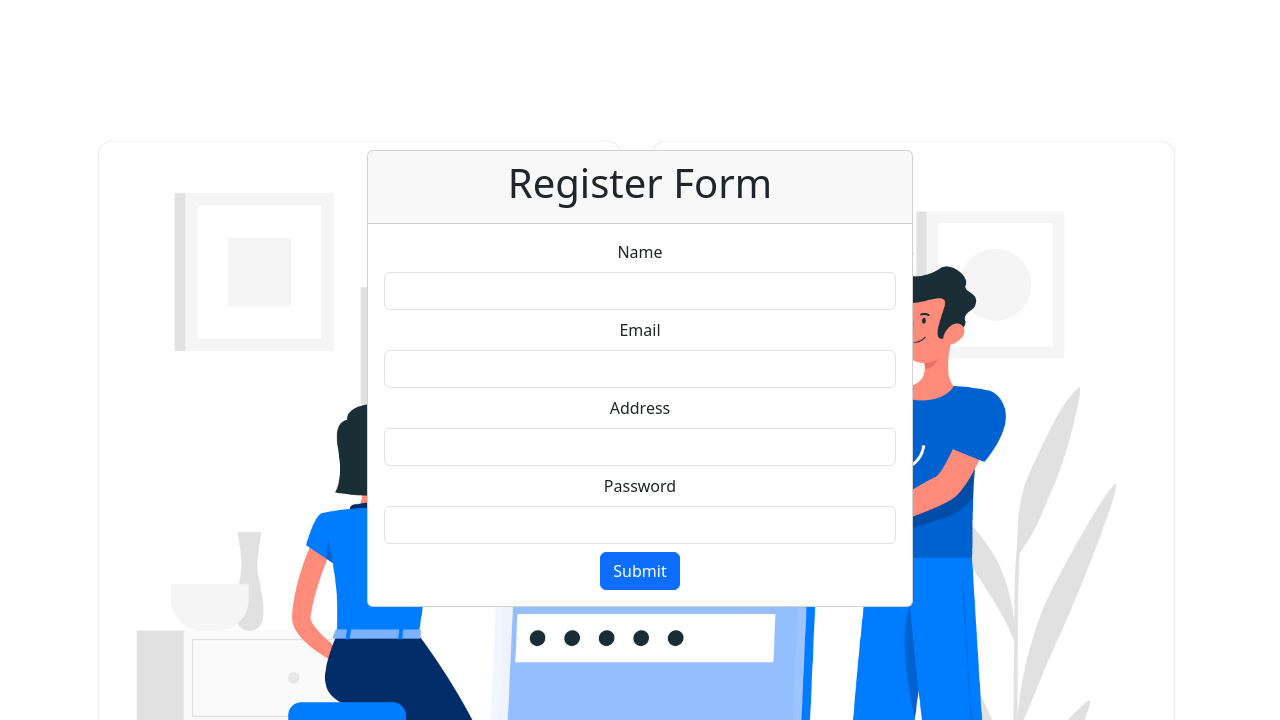
Repository: Laxman-Nath/java-internship
Page: http://localhost/Demo/Register.jsp
These files come from the project's save history. The page is drawn as it stood at one moment and after the next save; the edit follows.
The browser window is 1280 px wide. The pictures show the whole page.
The page is served by Tomcat 9. Other server files are loaded and not shown.

Above is the page before, as saved 2024-09-01 10:33:55.

### Servlet_JSP/Demo/src/main/webapp/Register.jsp
<%@ page language="java" contentType="text/html; charset=UTF-8"
	pageEncoding="UTF-8"%>
<!DOCTYPE html>
<html>
<head>
<meta charset="UTF-8">
<title>Register Form</title>
<style>


</style>
<link
	href="https://cdn.jsdelivr.net/npm/bootstrap@5.3.3/dist/css/bootstrap.min.css"
	rel="stylesheet"
	integrity="sha384-QWTKZyjpPEjISv5WaRU9OFeRpok6YctnYmDr5pNlyT2bRjXh0JMhjY6hW+ALEwIH"
	crossorigin="anonymous">
</head>
<body style="background-image:url('img/login.jpg');background-size:cover;">
	<div class="container" style="margin-top: 150px;">
		<div class="row">
			<div class="col-md-6 offset-md-3">
				<div class="card">
					<div class="card-header">
						<h1 class="text-center">Register Form</h1>
					</div>
					<div class="card-body" class="">
						<form action="" method="" class="text-center">
						<div class="mb-2">
								<label class="form-label">Name</label> <input type="text"
									required class="form-control">
							</div>
							<div class="mb-2">
								<label class="form-label">Email</label> <input type="email"
									required class="form-control">
							</div>
							<div class="mb-2">
								<label class="form-label">Address</label> <input type="text"
									required class="form-control">
							</div>
							<div class="mb-2">
								<label class="form-label">Password</label> <input
									type="password" required class="form-control">
							</div>
							<input type="submit" class="btn btn-primary" value="Submit">
						</form>
					</div>
				</div>
			</div>
		</div>
	</div>

</body>
<script
	src="https://cdn.jsdelivr.net/npm/bootstrap@5.3.3/dist/js/bootstrap.bundle.min.js"
	integrity="sha384-YvpcrYf0tY3lHB60NNkmXc5s9fDVZLESaAA55NDzOxhy9GkcIdslK1eN7N6jIeHz"
</html>

After the next save:
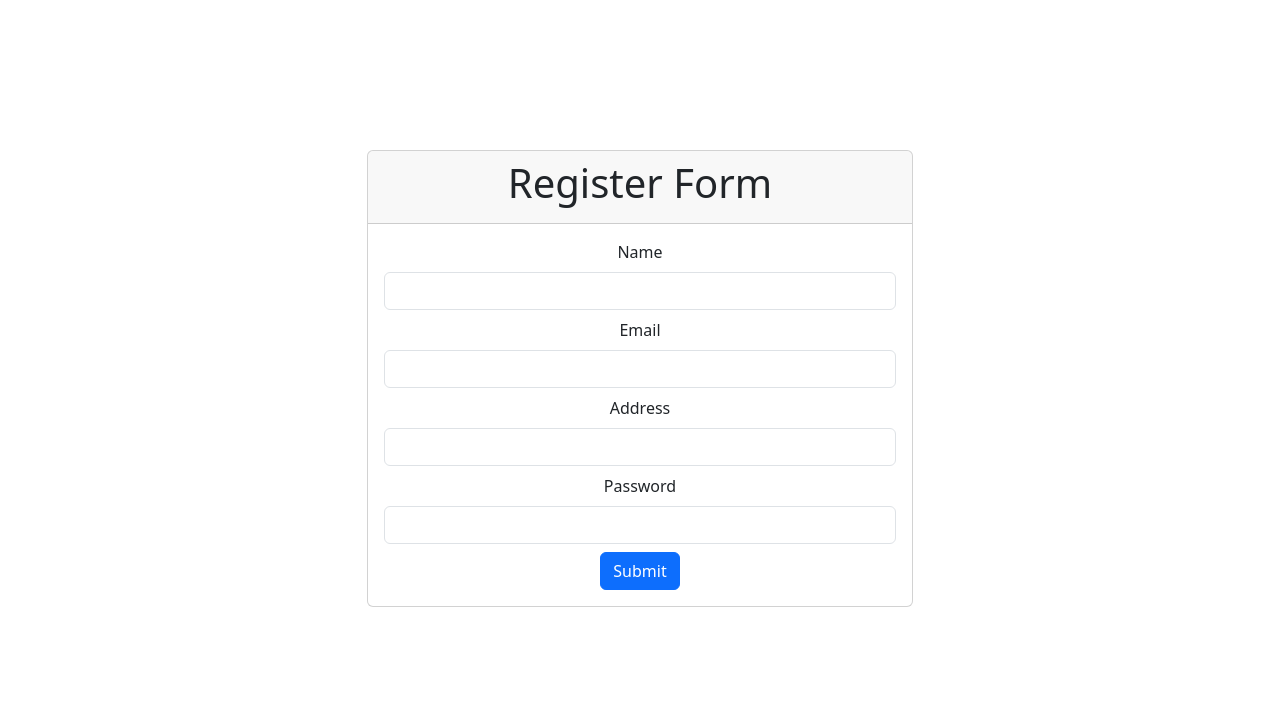
Saved 72 s later.
--- a/Servlet_JSP/Demo/src/main/webapp/Register.jsp
+++ b/Servlet_JSP/Demo/src/main/webapp/Register.jsp
@@ -15,7 +15,7 @@
 	integrity="sha384-QWTKZyjpPEjISv5WaRU9OFeRpok6YctnYmDr5pNlyT2bRjXh0JMhjY6hW+ALEwIH"
 	crossorigin="anonymous">
 </head>
-<body style="background-image:url('img/login.jpg');background-size:cover;">
+<body >
 	<div class="container" style="margin-top: 150px;">
 		<div class="row">
 			<div class="col-md-6 offset-md-3">
